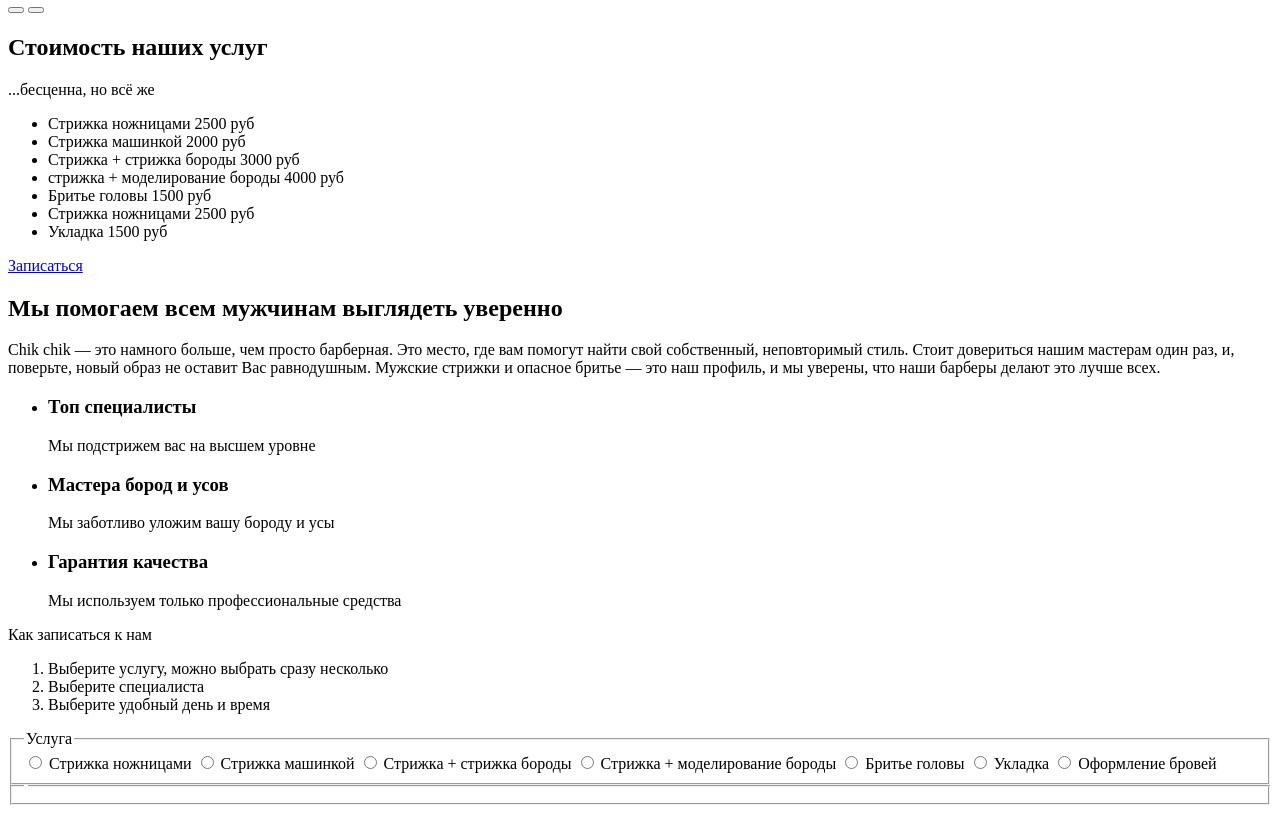
Repository: alexboagreek/chick-chick
Page: index.html
The author's editor kept a copy of each file at every save. The page is drawn from the files as they stood at one save, then again after the next save.
The browser window is 1280 px wide. The pictures show the part of the page from y = 3047 to 3876 px (the page is 3860 px tall before and 3876 px after).
A picture or video elsewhere on the page could not be fetched, so the positions and the page height are approximate.

Above is the page before, as saved 2023-01-17 15:30:17.

### index.html
<!DOCTYPE html>
<html lang="ru">
<head>
    <meta charset="UTF-8">
    <meta http-equiv="X-UA-Compatible" content="IE=edge">
    <meta name="viewport" content="width=device-width, initial-scale=1.0">
    <title>Chick-Chick BarberShop</title>
</head>
<body>
    <header class="header">
        <div class="container">
            <img class="header__logo" src="assets/img/logo.svg" alt="логотип барбершоп Chick-Chick">

            <nav class="navigation header__navigation">
                <ul class="navigation__list">
                    <li class="navigation__item">
                        <a href="#price" class="navigation__link">Стоимость услуг</a>
                    </li>
                    <li class="navigation__item">
                        <a href="#about" class="navigation__link">О нас</a>
                    </li>
                </ul>
            </nav>

            <a href="#reserve" class="header__link main-link">Записаться</a>
        </div>
    </header>

    <main>
        <section class="hero">
            <div class="container">
                <h1 class="hero__title">
                    <span class="visually-hiddden">Барбершоп Chick-Chick</span>
                    <span>
                        Мы создаём искусство, которое не стыдно показать
                    </span>
                </h1>
               <div class="slider hero__slider">
                <div class="slider__container">
                    <ul class="slider__list">
                        <li class="slider__item">
                            <img src="assets/img/slide_01.jpg" alt="модельная стрижка" class="slider__img">
                        </li>
                        <li class="slider__item">
                            <img src="assets/img/slide_3.svg" alt="модельная стрижка" class="slider__img">
                        </li>
                        <li class="slider__item">
                            <img src="assets/img/slide_4.svg" alt="модельная стрижка" class="slider__img">
                        </li>
                        <li class="slider__item">
                            <img src="assets/img/slide_4.svg" alt="модельная стрижка" class="slider__img">
                        </li>
                        <li class="slider__item">
                            <img src="assets/img/slide_4.svg" alt="модельная стрижка" class="slider__img">
                        </li>
                        <li class="slider__item">
                            <img src="assets/img/slide_4.svg" alt="модельная стрижка" class="slider__img">
                        </li>
                        <li class="slider__item">
                            <img src="assets/img/slide_4.svg" alt="модельная стрижка" class="slider__img">
                        </li>
                        <li class="slider__item">
                            <img src="assets/img/slide_4.svg" alt="модельная стрижка" class="slider__img">
                        </li>
                    </ul>

                    <button class="slider__arrow slider__arrow_left" aria-label="предыдущий слайд"></button>
                    <button class="slider__arrow slider__arrow-right" aria-label="следующий слайд"></button>
                </div>
               </div>
            </div>
        </section>
        <section class="price" id="price">
            <div class="container">
                <h2 class="price__title">Стоимость наших услуг</h2>
                <p class="price__tagline">...бесценна, но всё же</p>

                <div class="price_-wrapper-content">
                    <div class="price__content">
                        <ul class="price__list">
                            <li class="price__item">
                                <span class="price__item-title">Стрижка ножницами</span>
                                <span class="price__item-count">2500 руб</span>
                            </li>
                            <li class="price__item">
                                <span class="price__item-title">Стрижка машинкой</span>
                                <span class="price__item-count">2000 руб</span>
                            </li>
                            <li class="price__item">
                                <span class="price__item-title">Стрижка + стрижка бороды</span>
                                <span class="price__item-count">3000 руб</span>
                            </li>
                            <li class="price__item">
                                <span class="price__item-title">стрижка + моделирование бороды</span>
                                <span class="price__item-count">4000 руб</span>
                            </li>
                            <li class="price__item">
                                <span class="price__item-title">Бритье головы</span>
                                <span class="price__item-count">1500 руб</span>
                            </li>
                            <li class="price__item">
                                <span class="price__item-title">Стрижка ножницами</span>
                                <span class="price__item-count">2500 руб</span>
                            </li>
                            <li class="price__item">
                                <span class="price__item-title">Укладка</span>
                                <span class="price__item-count">1500 руб</span>
                            </li>
                        </ul>

                        <a href="#reserve" class="price__link main-link">Записаться</a>
                    </div>
                </div>
            </div>
        </section>
        <section class="about" id="about">
            <div class="container">
                <h2 class="about__title">Мы помогаем всем мужчинам выглядеть уверенно</h2>
                <p class="about__description">
                    Сhik chik — это намного больше, чем просто барберная. Это место, где вам помогут найти свой собственный, неповторимый стиль. Стоит довериться нашим мастерам один раз, и, поверьте, новый образ не оставит Вас равнодушным. Мужские стрижки и опасное бритье — это наш профиль, и мы уверены, что наши барберы делают это лучше всех.
                </p>

                <ul class="about__list">
                    <li class="about__item">
                        <h3 class="about__item-title">Топ специалисты</h3>
                        <p class="about__item-description">Мы подстрижем вас на высшем уровне</p>
                    </li>
                    <li class="about__item">
                        <h3 class="about__item-title">Мастера бород и усов</h3>
                        <p class="about__item-description">Мы заботливо уложим вашу бороду и усы</p>
                    </li>
                    <li class="about__item">
                        <h3 class="about__item-title">Гарантия качества</h3>
                        <p class="about__item-description">Мы используем только профессиональные средства</p>
                    </li>
                </ul>
            </div>
        </section>
        <section class="reserve" id="reserve">
            <div class="container">
                <div class="reserve__title">Как записаться к нам</div>

                <ol class="reserve__list">
                    <li class="reserve__item">Выберите услугу, можно выбрать сразу несколько</li>
                    <li class="reserve__item">Выберите специалиста</li>
                    <li class="reserve__item">Выберите удобный день и время</li>
                </ol>
            </div>

            <form class="reserve__form">
                <div class="reserve__form-container">
                    <fieldset class="reserve__fieldset">
                        <legend class="reserve__legend">Услуга</legend>

                        <label class="radio">
                            <input class="radio__input" type="radio" name="service">
                            <span class="radio__label">Стрижка ножницами</span>
                        </label>

                        <label class="radio">
                            <input class="radio__input" type="radio" name="service">
                            <span class="radio__label">Стрижка машинкой</span>
                        </label>

                        <label class="radio">
                            <input class="radio__input" type="radio" name="service">
                            <span class="radio__label">Стрижка + стрижка бороды</span>
                        </label>

                        <label class="radio">
                            <input class="radio__input" type="radio" name="service">
                            <span class="radio__label">Стрижка + моделирование бороды</span>
                        </label>

                        <label class="radio">
                            <input class="radio__input" type="radio" name="service">
                            <span class="radio__label">Бритье головы</span>
                        </label>
                        <label class="radio">
                            <input class="radio__input" type="radio" name="service">
                            <span class="radio__label">Укладка</span>
                        </label>

                        <label class="radio">
                            <input class="radio__input" type="radio" name="service">
                            <span class="radio__label">Оформление бровей</span>
                        </label>
                    </fieldset>

                    <fieldset class="reserve__fieldset">
                        <legend class="reserve__legend"></legend>
                    </fieldset>
                </div>
            </form>
        </section>
    </main>

    <footer class="footer"></footer>
</body>
</html>

After the next save:
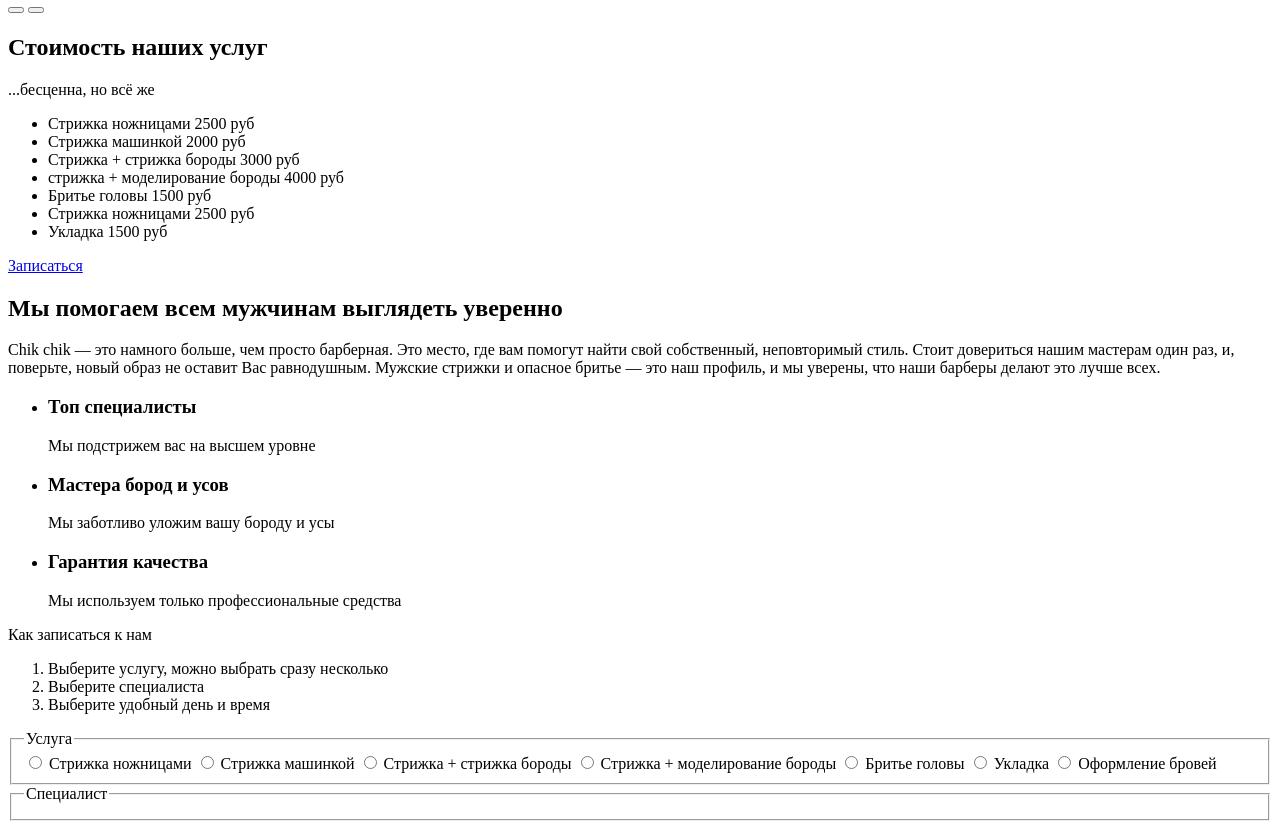
Saved 4 s later.
--- a/index.html
+++ b/index.html
@@ -188,7 +188,7 @@
                     </fieldset>
 
                     <fieldset class="reserve__fieldset">
-                        <legend class="reserve__legend"></legend>
+                        <legend class="reserve__legend">Специалист</legend>
                     </fieldset>
                 </div>
             </form>
